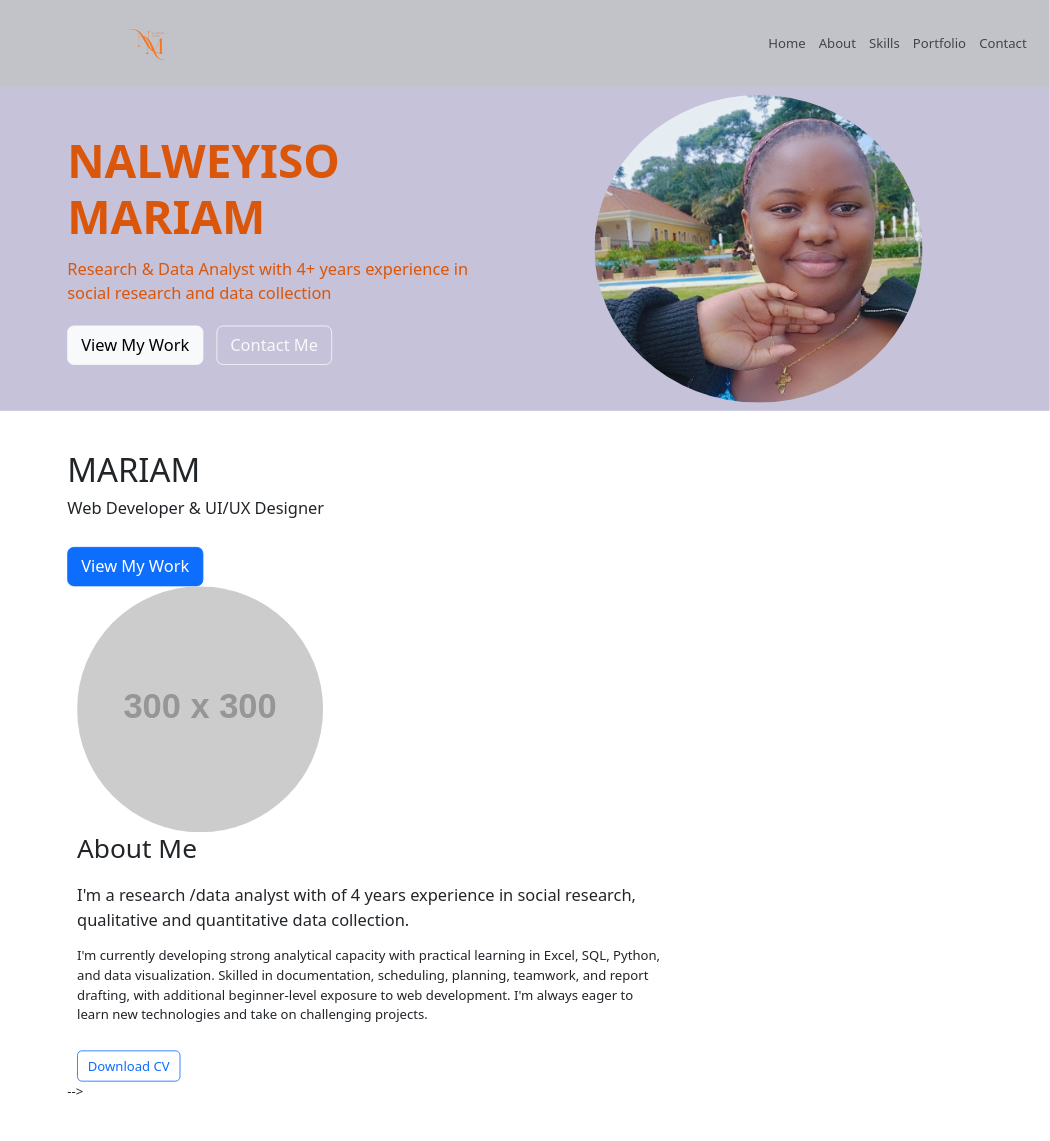
Repository: NalweMari/My-Personal-Portfolio
Page: index.html
These files come from the project's save history. The page is drawn as it stood at one moment and after the next save; the edit follows.
The browser window is 1280 px wide. The pictures show the whole page, at 82% of full size.

Above is the page before, as saved 2025-11-28 11:19:32.
Console error (its wording comes from the project's code and is left out).

After the next save:
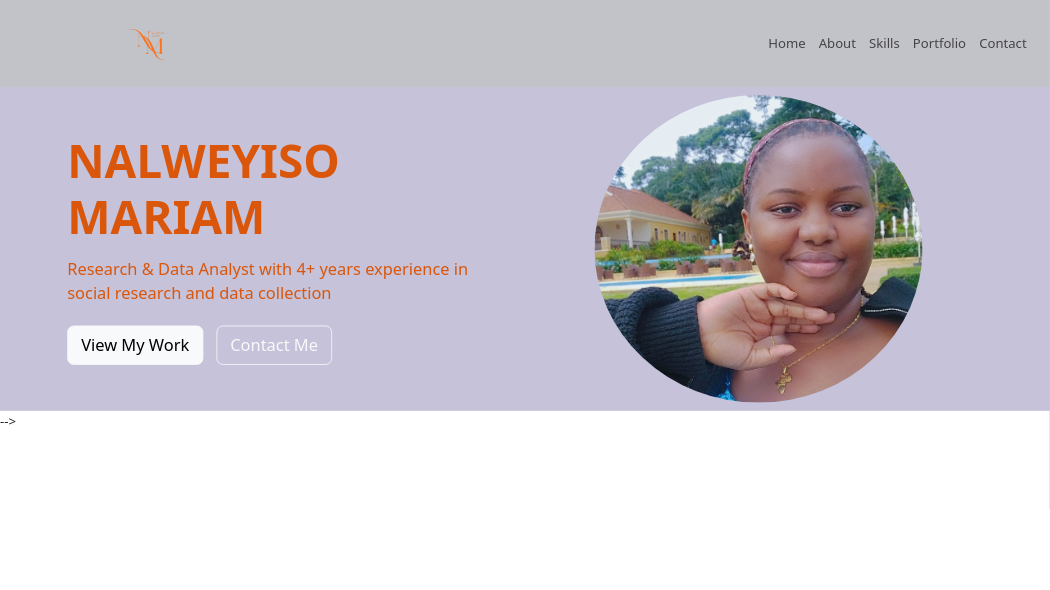
Saved 14 s later.
--- a/index.html
+++ b/index.html
@@ -88,7 +88,7 @@
     </section> -->
     <!-- About Section -->
 
-    <section id="about" class="py-5">
+    <!-- <section id="about" class="py-5">
         <div class="container">
             <h1 class="">MARIAM</h1>
             <p class="lead">Web Developer & UI/UX Designer</p>
@@ -115,7 +115,7 @@
                         </div>
                     </div>
                 </div>
-            </section>  -->
+            </section>  --> -->
             <script src="https://stackpath.bootstrapcdn.com/bootstrap/4.5.2/js/bootstrap.min.js"></script>
 </body>
 
